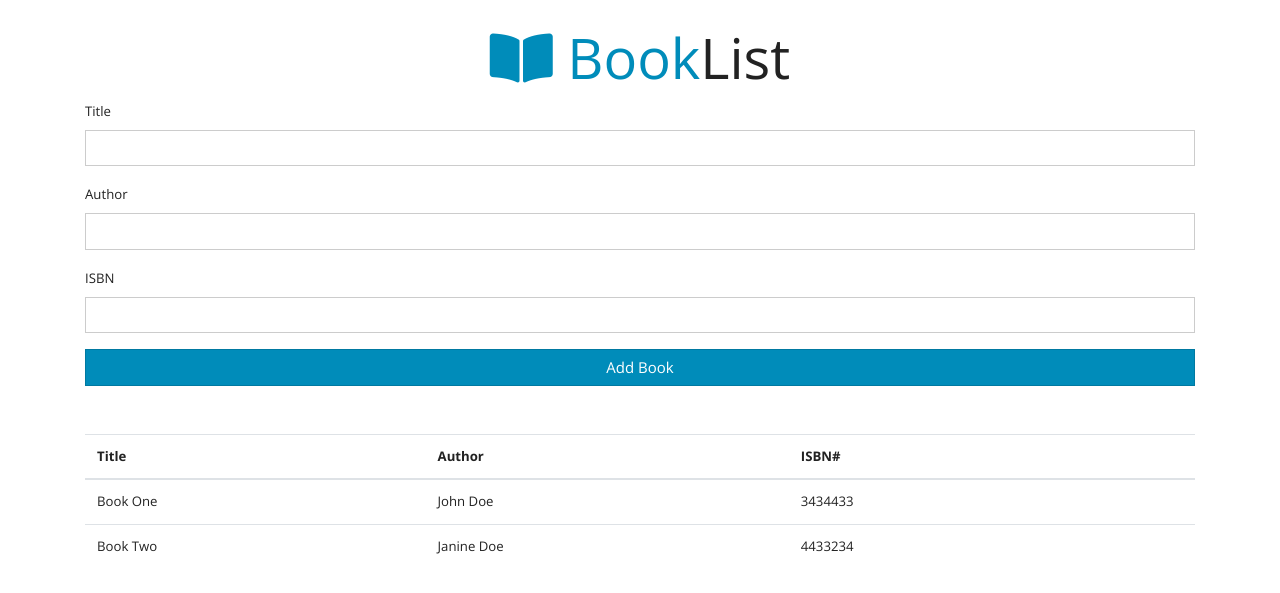
Repository: carrascomcesar/JSBOOKLIST
Page: index.html
The author's editor kept a copy of each file at every save. The page is drawn from the files as they stood at one save, then again after a run of saves.
The browser window is 1280 px wide. The pictures show the whole page.
Some web libraries are served in a nearby version.

Above is the page before, as saved 2021-02-01 11:14:48.

After the next 3 saves:
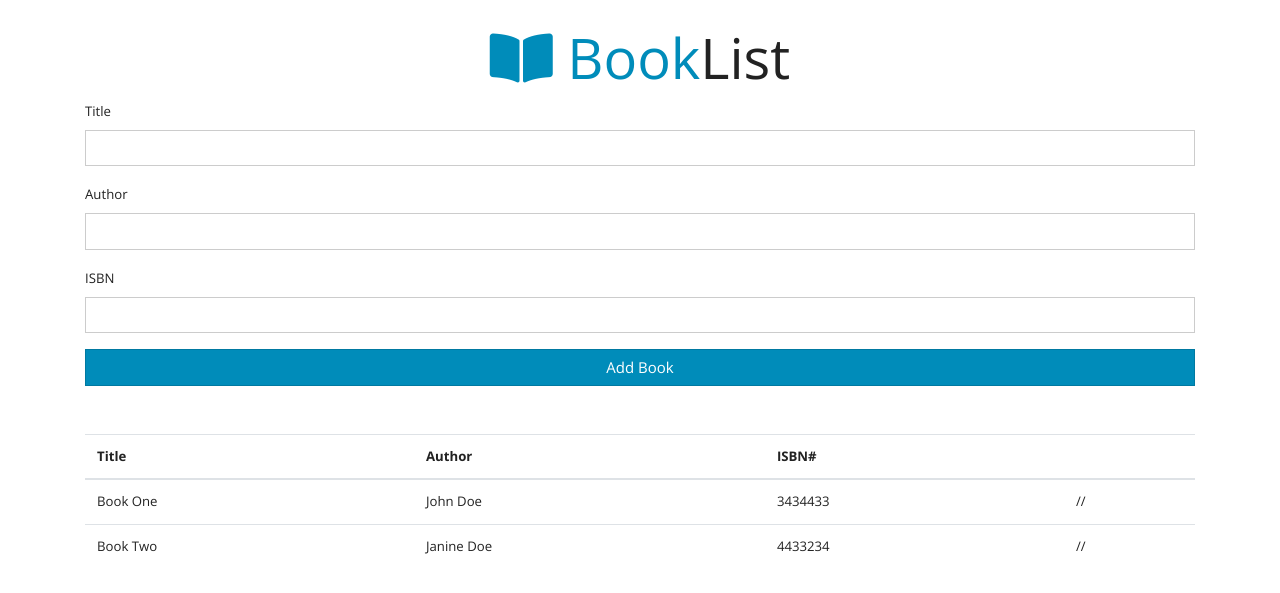
The 3 saves are shown as one change because they came seconds apart.
The last was saved 26 s later.
--- a/app.js
+++ b/app.js
@@ -36,7 +36,7 @@
             <td>${book.author}</td>
             <td>${book.isbn}</td>
             <td>
-            <a href="#" class="btn btn-danger btn-sm delete>X</a>
+            // <a href="#" class="btn btn-danger btn-sm delete>X</a>
             </td>
 
         `;

After the 4 saves that followed:
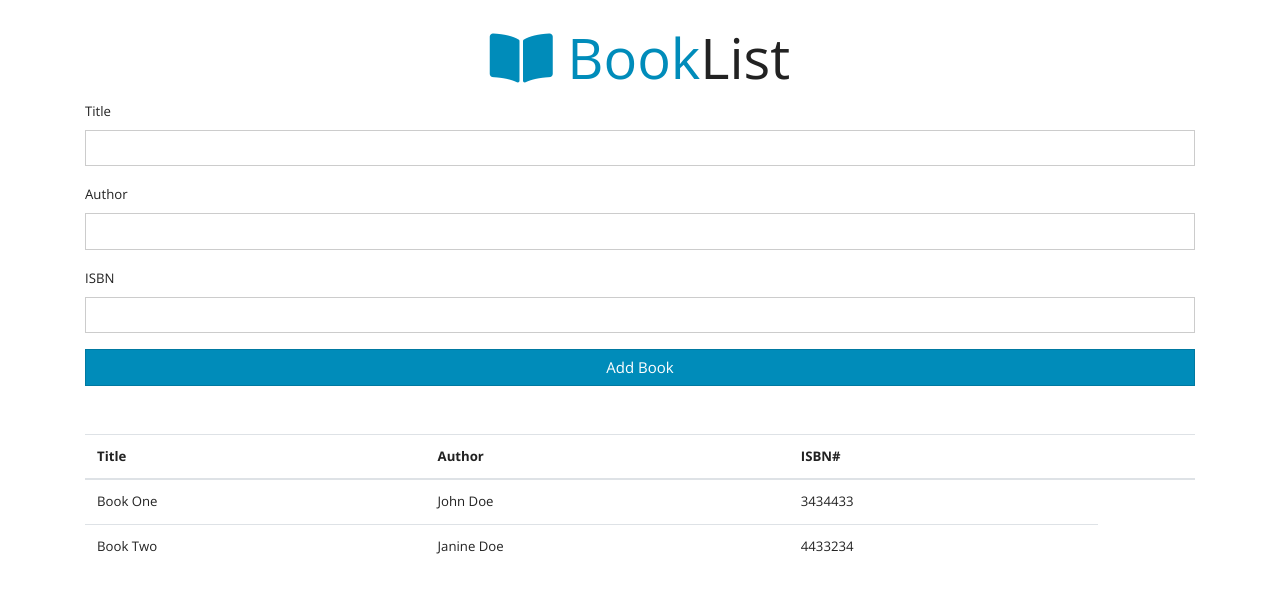
The 4 saves are shown as one change because they came seconds apart.
The last was saved 10 s later.
--- a/app.js
+++ b/app.js
@@ -35,9 +35,8 @@
             <td>${book.title}</td>
             <td>${book.author}</td>
             <td>${book.isbn}</td>
-            <td>
-            // <a href="#" class="btn btn-danger btn-sm delete>X</a>
-            </td>
+            </td><a href="#" class="btn btn-danger btn-sm delete>X</a>
+
 
         `;
     list.appendChild(row);
